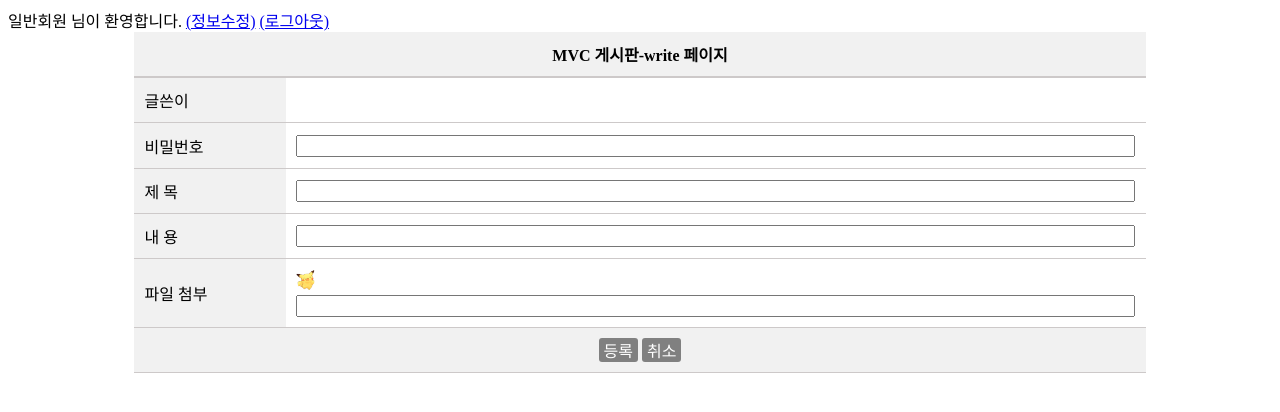
Repository: rumor1993/KH1
Page: http://localhost/Board/board/qna_board_write.jsp
The author's editor kept a copy of each file at every save. The page is drawn from the files as they stood at one save, then again after the next save.
The browser window is 1280 px wide. The pictures show the whole page.
The page is served by Tomcat 9. The template is opened directly, without the code that normally fills it, so the values that code supplies are empty.

Above is the page before, as saved 2018-05-10 00:49:31.

After the next save:
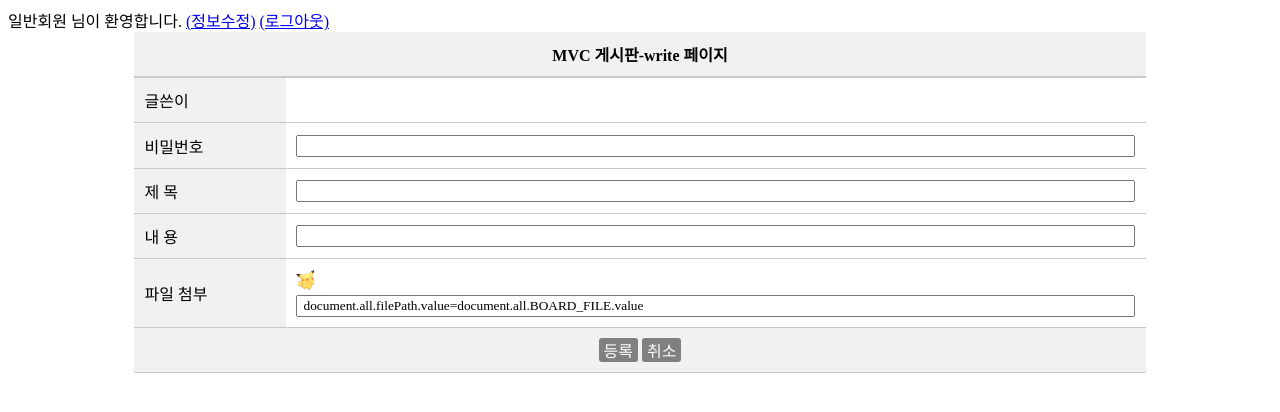
Saved 3 min 49 s later.
--- a/Board/WebContent/board/qna_board_write.jsp
+++ b/Board/WebContent/board/qna_board_write.jsp
@@ -60,8 +60,8 @@
 				</td>
 				<td>
 					<input name="BOARD_FILE" id="upfile" type="file">
-					<img src="./image/image.png" onclick="document.all.BOARD_FILE.click(); document.all.filePath.value=document.all.BOARD_FILE.value" >
-					<input type="text" name="filePath" readonly>
+					<img src="./image/image.png" onclick="document.all.BOARD_FILE.click()" >
+					<input type="text" name="filePath" value=" document.all.filePath.value=document.all.BOARD_FILE.value" readonly>
 				</td>
 			</tr>
 
